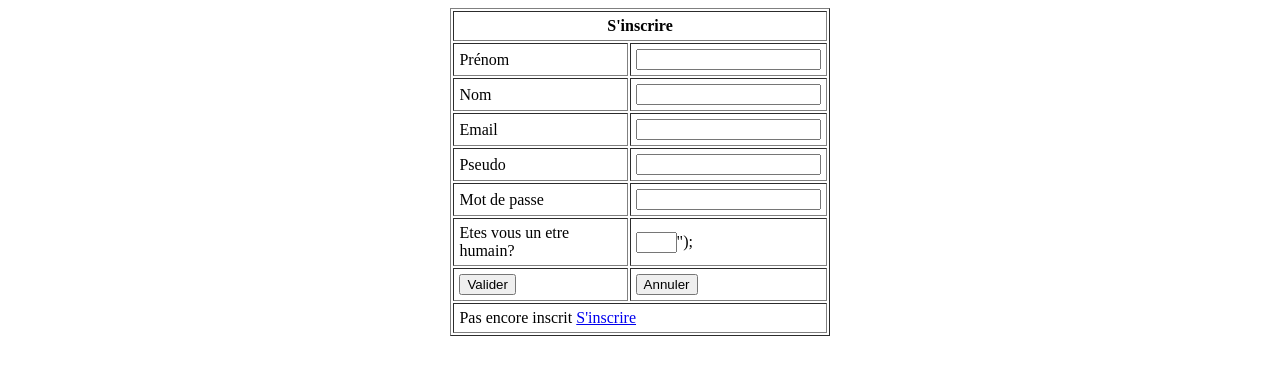
Repository: t2isoft/Login-jee
Page: http://localhost/spring-security-loginform-database/WEB-INF/pages/reg.jsp
These files come from the project's save history. The page is drawn as it stood at one moment and after the next save; the edit follows.
The browser window is 1280 px wide. The pictures show the whole page.
The page is served by Tomcat 9. Nobody is signed in. The template is opened directly, without the code that normally fills it, so the values that code supplies are empty.

Above is the page before, as saved 2015-11-24 09:24:48.

After the next save:
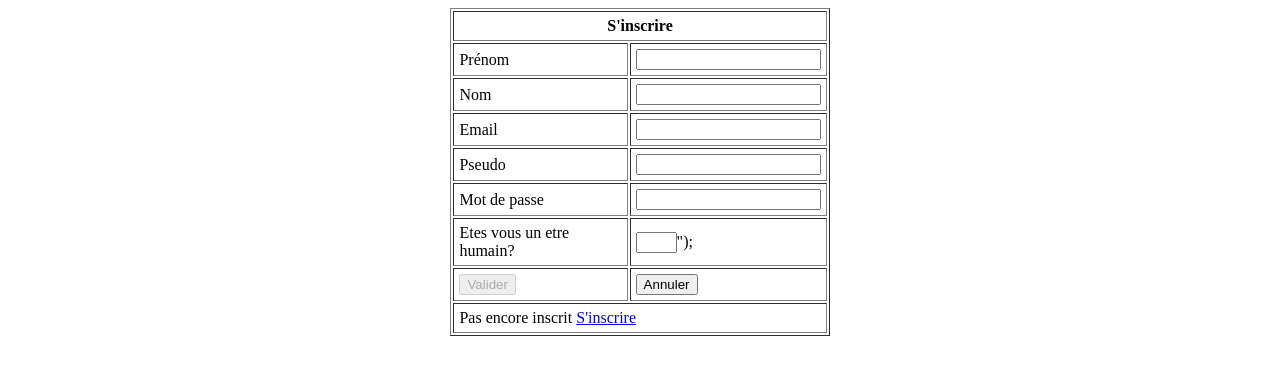
Saved 16 s later.
--- a/spring-security-loginform-database/src/main/webapp/WEB-INF/pages/reg.jsp
+++ b/spring-security-loginform-database/src/main/webapp/WEB-INF/pages/reg.jsp
@@ -57,7 +57,7 @@
                         <!--  <td><script type="text/javascript">DrawBotBoot()</script>  -->
                     </tr>
                     <tr>
-                        <td><input id="Validation" type="submit" value="Valider" "/></td>
+                        <td><input id="Validation" type="submit" value="Valider" disabled="disabled"/></td>
                         <td><input type="reset" value="Annuler" /></td>
                     </tr>
                     <tr>
